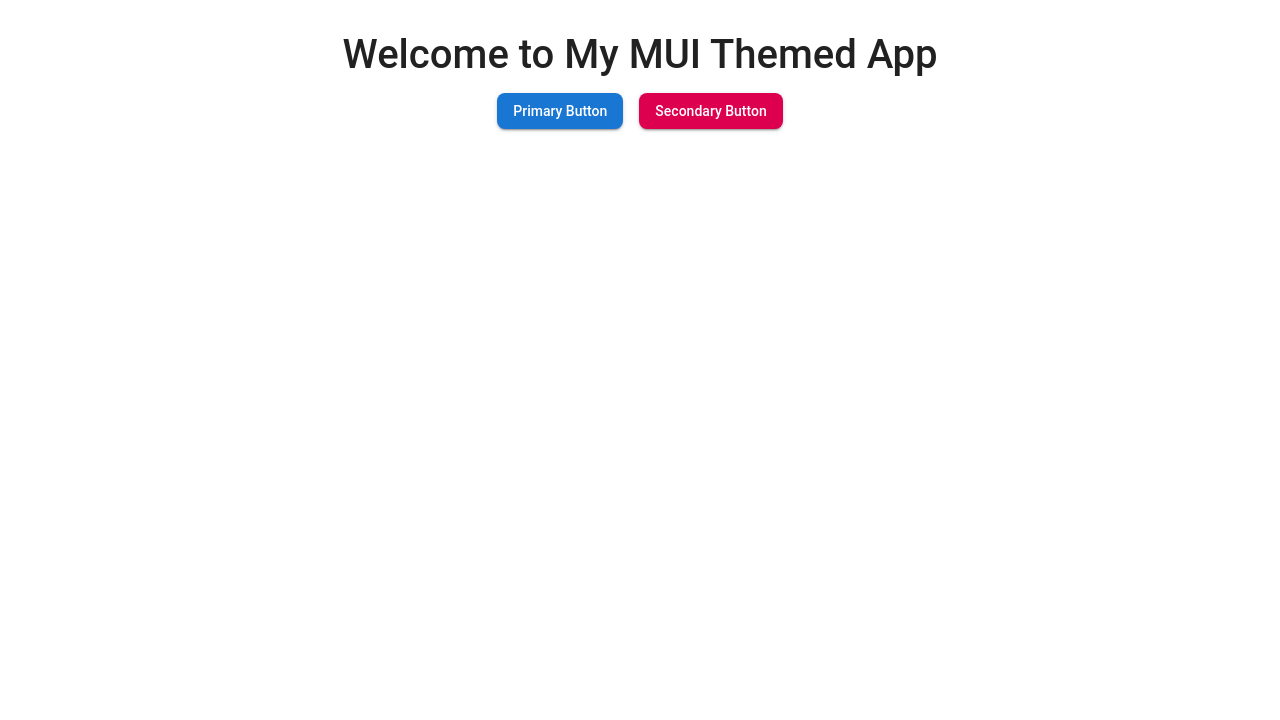
Repository: Vijay-Singh1/office-tools
Page: /
An editor plug-in stored every save of this project. The page is shown before and after the next save, followed by the edit.
The browser window is 1280 px wide. The pictures show the whole page.
The project was rebuilt for these pictures with package versions that can differ from the ones it lists, and the page was loaded fresh each time. Also part of the build but not shown: vite.config.ts.

Above is the page before, as saved 2024-08-30 22:23:39.

### index.html
<!doctype html>
<html lang="en">
  <head>
    <meta charset="UTF-8" />
    <link rel="icon" type="image/svg+xml" href="/vite.svg" />
    <meta name="viewport" content="width=device-width, initial-scale=1.0" />
    <title>Office Tools</title>
  </head>
  <body>
    <div id="root"></div>
    <script type="module" src="/src/main.tsx"></script>
  </body>
</html>

### src/main.tsx
import { StrictMode } from 'react'
import { createRoot } from 'react-dom/client'
import App from './App.tsx'
import './index.css'// Import Tailwind CSS
import { ThemeProvider } from '@mui/material/styles';
import CssBaseline from '@mui/material/CssBaseline';
import theme from "./appTheme/appTheme.ts"
createRoot(document.getElementById('root')!).render(
  <StrictMode>
    <ThemeProvider theme={theme}>
    <CssBaseline />
    <App />
    </ThemeProvider>
  </StrictMode>,
)

### src/App.tsx


import './App.css'
import Index from "./FormBuilderApp/src/index.js"

import { Button, Typography, Container } from '@mui/material';

const App: React.FC = () => {
  return (
    <Container>
      <Typography variant="h1" gutterBottom>
        Welcome to My MUI Themed App
      </Typography>
      <Button variant="contained" color="primary">
        Primary Button
      </Button>
      <Button variant="contained" color="secondary" sx={{ marginLeft: 2 }}>
        Secondary Button
      </Button>
    </Container>
  );
};


export default App

### src/appTheme/appTheme.ts
// src/theme.ts
import { createTheme, ThemeOptions } from '@mui/material/styles';

const themeOptions: ThemeOptions = {
  palette: {
    primary: {
      main: '#1976d2',
    },
    secondary: {
      main: '#dc004e',
    },
  },
  typography: {
    fontFamily: 'Roboto, Arial, sans-serif',
    h1: {
      fontSize: '2.5rem',
      fontWeight: 500,
    },
    body1: {
      fontSize: '1rem',
    },
  },
  components: {
    MuiButton: {
      styleOverrides: {
        root: {
          textTransform: 'none',
          borderRadius: '8px',
        },
      },
    },
  },
};

const theme = createTheme(themeOptions);

export default theme;

### src/components/sidebar/index.tsx
import React from 'react'

import * as React from 'react';
import { styled, useTheme, Theme, CSSObject } from '@mui/material/styles';
import Box from '@mui/material/Box';
import MuiDrawer from '@mui/material/Drawer';
import MuiAppBar, { AppBarProps as MuiAppBarProps } from '@mui/material/AppBar';
import Toolbar from '@mui/material/Toolbar';
import List from '@mui/material/List';
import CssBaseline from '@mui/material/CssBaseline';
import Typography from '@mui/material/Typography';
import Divider from '@mui/material/Divider';
import IconButton from '@mui/material/IconButton';
import MenuIcon from '@mui/icons-material/Menu';
import ChevronLeftIcon from '@mui/icons-material/ChevronLeft';
import ChevronRightIcon from '@mui/icons-material/ChevronRight';
import ListItem from '@mui/material/ListItem';
import ListItemButton from '@mui/material/ListItemButton';
import ListItemIcon from '@mui/material/ListItemIcon';
import ListItemText from '@mui/material/ListItemText';
import InboxIcon from '@mui/icons-material/MoveToInbox';
import MailIcon from '@mui/icons-material/Mail';

const drawerWidth = 240;

const openedMixin = (theme: Theme): CSSObject => ({
  width: drawerWidth,
  transition: theme.transitions.create('width', {
    easing: theme.transitions.easing.sharp,
    duration: theme.transitions.duration.enteringScreen,
  }),
  overflowX: 'hidden',
});

const closedMixin = (theme: Theme): CSSObject => ({
  transition: theme.transitions.create('width', {
    easing: theme.transitions.easing.sharp,
    duration: theme.transitions.duration.leavingScreen,
  }),
  overflowX: 'hidden',
  width: `calc(${theme.spacing(7)} + 1px)`,
  [theme.breakpoints.up('sm')]: {
    width: `calc(${theme.spacing(8)} + 1px)`,
  },
});

const DrawerHeader = styled('div')(({ theme }) => ({
  display: 'flex',
  alignItems: 'center',
  justifyContent: 'flex-end',
  padding: theme.spacing(0, 1),
  // necessary for content to be below app bar
  ...theme.mixins.toolbar,
}));

interface AppBarProps extends MuiAppBarProps {
  open?: boolean;
}

const AppBar = styled(MuiAppBar, {
  shouldForwardProp: (prop) => prop !== 'open',
})<AppBarProps>(({ theme }) => ({
  zIndex: theme.zIndex.drawer + 1,
  transition: theme.transitions.create(['width', 'margin'], {
    easing: theme.transitions.easing.sharp,
    duration: theme.transitions.duration.leavingScreen,
  }),
  variants: [
    {
      props: ({ open }) => open,
      style: {
        marginLeft: drawerWidth,
        width: `calc(100% - ${drawerWidth}px)`,
        transition: theme.transitions.create(['width', 'margin'], {
          easing: theme.transitions.easing.sharp,
          duration: theme.transitions.duration.enteringScreen,
        }),
      },
    },
  ],
}));

const Drawer = styled(MuiDrawer, { shouldForwardProp: (prop) => prop !== 'open' })(
  ({ theme }) => ({
    width: drawerWidth,
    flexShrink: 0,
    whiteSpace: 'nowrap',
    boxSizing: 'border-box',
    variants: [
      {
        props: ({ open }) => open,
        style: {
          ...openedMixin(theme),
          '& .MuiDrawer-paper': openedMixin(theme),
        },
      },
      {
        props: ({ open }) => !open,
        style: {
          ...closedMixin(theme),
          '& .MuiDrawer-paper': closedMixin(theme),
        },
      },
    ],
  }),
);

const Sidebar :React.FC =() =>{
  const theme = useTheme();
  const [open, setOpen] = React.useState(false);

  const handleDrawerOpen = () => {
    setOpen(true);
  };

  const handleDrawerClose = () => {
    setOpen(false);
  };

  return (
    <Box sx={{ display: 'flex' }}>
      <CssBaseline />
      <AppBar position="fixed" open={open}>
        <Toolbar>
          <IconButton
            color="inherit"
            aria-label="open drawer"
            onClick={handleDrawerOpen}
            edge="start"
            sx={[
              {
                marginRight: 5,
              },
              open && { display: 'none' },
            ]}
          >
            <MenuIcon />
          </IconButton>
          <Typography variant="h6" noWrap component="div">
            Mini variant drawer
          </Typography>
        </Toolbar>
      </AppBar>
      <Drawer variant="permanent" open={open}>
        <DrawerHeader>
          <IconButton onClick={handleDrawerClose}>
            {theme.direction === 'rtl' ? <ChevronRightIcon /> : <ChevronLeftIcon />}
          </IconButton>
        </DrawerHeader>
        <Divider />
        <List>
          {['Inbox', 'Starred', 'Send email', 'Drafts'].map((text, index) => (
            <ListItem key={text} disablePadding sx={{ display: 'block' }}>
              <ListItemButton
                sx={[
                  {
                    minHeight: 48,
                    px: 2.5,
                  },
                  open
                    ? {
                        justifyContent: 'initial',
                      }
                    : {
                        justifyContent: 'center',
                      },
                ]}
              >
                <ListItemIcon
                  sx={[
                    {
                      minWidth: 0,
                      justifyContent: 'center',
                    },
                    open
                      ? {
                          mr: 3,
                        }
                      : {
                          mr: 'auto',
                        },
                  ]}
                >
                  {index % 2 === 0 ? <InboxIcon /> : <MailIcon />}
                </ListItemIcon>
                <ListItemText
                  primary={text}
                  sx={[
                    open
                      ? {
                          opacity: 1,
                        }
                      : {
                          opacity: 0,
                        },
                  ]}
                />
              </ListItemButton>
            </ListItem>
          ))}
        </List>
        <Divider />
        <List>
          {['All mail', 'Trash', 'Spam'].map((text, index) => (
            <ListItem key={text} disablePadding sx={{ display: 'block' }}>
              <ListItemButton
                sx={[
                  {
                    minHeight: 48,
                    px: 2.5,
                  },
                  open
                    ? {
                        justifyContent: 'initial',
                      }
                    : {
                        justifyContent: 'center',
                      },
                ]}
              >
                <ListItemIcon
                  sx={[
                    {
                      minWidth: 0,
                      justifyContent: 'center',
                    },
                    open
                      ? {
                          mr: 3,
                        }
                      : {
                          mr: 'auto',
                        },
                  ]}
                >
                  {index % 2 === 0 ? <InboxIcon /> : <MailIcon />}
                </ListItemIcon>
                <ListItemText
                  primary={text}
                  sx={[
                    open
                      ? {
                          opacity: 1,
                        }
                      : {
                          opacity: 0,
                        },
                  ]}
                />
              </ListItemButton>
            </ListItem>
          ))}
        </List>
      </Drawer>
      <Box component="main" sx={{ flexGrow: 1, p: 3 }}>
        <DrawerHeader />
        <Typography sx={{ marginBottom: 2 }}>
          Lorem ipsum dolor sit amet, consectetur adipiscing elit, sed do eiusmod
          tempor incididunt ut labore et dolore magna aliqua. Rhoncus dolor purus non
          enim praesent elementum facilisis leo vel. Risus at ultrices mi tempus
          imperdiet. Semper risus in hendrerit gravida rutrum quisque non tellus.
          Convallis convallis tellus id interdum velit laoreet id donec ultrices.
          Odio morbi quis commodo odio aenean sed adipiscing. Amet nisl suscipit
          adipiscing bibendum est ultricies integer quis. Cursus euismod quis viverra
          nibh cras. Metus vulputate eu scelerisque felis imperdiet proin fermentum
          leo. Mauris commodo quis imperdiet massa tincidunt. Cras tincidunt lobortis
          feugiat vivamus at augue. At augue eget arcu dictum varius duis at
          consectetur lorem. Velit sed ullamcorper morbi tincidunt. Lorem donec massa
          sapien faucibus et molestie ac.
        </Typography>
        <Typography sx={{ marginBottom: 2 }}>
          Consequat mauris nunc congue nisi vitae suscipit. Fringilla est ullamcorper
          eget nulla facilisi etiam dignissim diam. Pulvinar elementum integer enim
          neque volutpat ac tincidunt. Ornare suspendisse sed nisi lacus sed viverra
          tellus. Purus sit amet volutpat consequat mauris. Elementum eu facilisis
          sed odio morbi. Euismod lacinia at quis risus sed vulputate odio. Morbi
          tincidunt ornare massa eget egestas purus viverra accumsan in. In hendrerit
          gravida rutrum quisque non tellus orci ac. Pellentesque nec nam aliquam sem
          et tortor. Habitant morbi tristique senectus et. Adipiscing elit duis
          tristique sollicitudin nibh sit. Ornare aenean euismod elementum nisi quis
          eleifend. Commodo viverra maecenas accumsan lacus vel facilisis. Nulla
          posuere sollicitudin aliquam ultrices sagittis orci a.
        </Typography>
      </Box>
    </Box>
  );
}

export default Sidebar

Loaded but not shown: src/index.css (common file); src/App.css (common file)

After the next save:
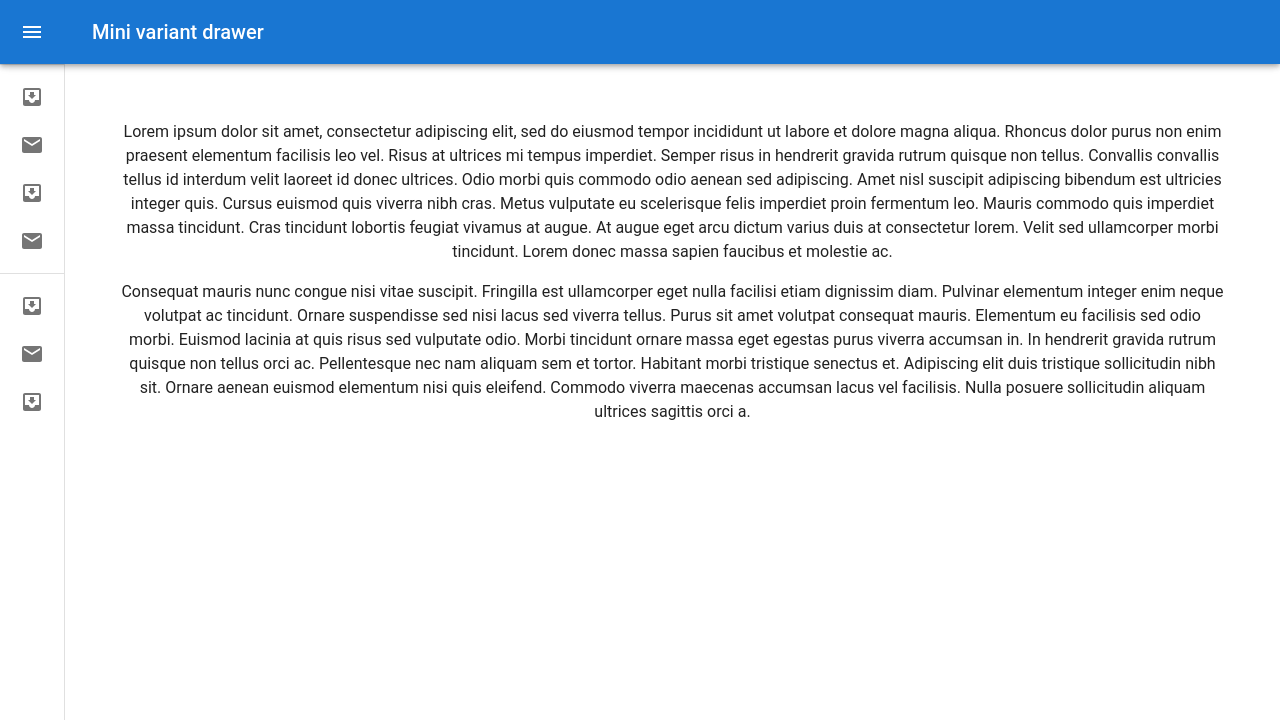
Saved 29 s later.
--- a/src/App.tsx
+++ b/src/App.tsx
@@ -1,23 +1,14 @@
 
 
 import './App.css'
+import Sidebar from './components/sidebar';
 import Index from "./FormBuilderApp/src/index.js"
 
 import { Button, Typography, Container } from '@mui/material';
 
 const App: React.FC = () => {
   return (
-    <Container>
-      <Typography variant="h1" gutterBottom>
-        Welcome to My MUI Themed App
-      </Typography>
-      <Button variant="contained" color="primary">
-        Primary Button
-      </Button>
-      <Button variant="contained" color="secondary" sx={{ marginLeft: 2 }}>
-        Secondary Button
-      </Button>
-    </Container>
+    <Sidebar />
   );
 };
 
